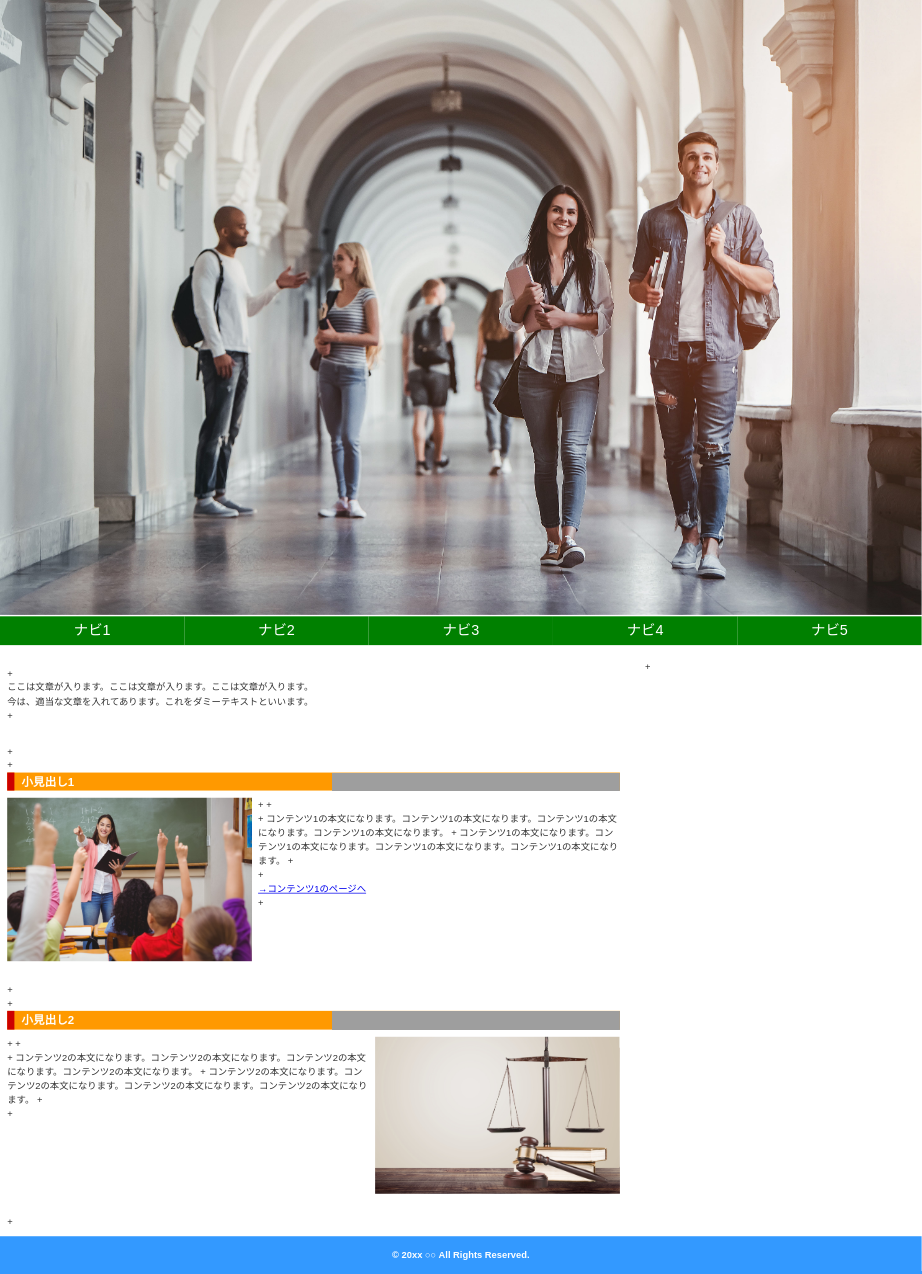
Repository: Burai919/samurai_HTML-CSS
Page: index3.html/home.html
The author's editor kept a record of every edit. The page is drawn from the files as they stood at one moment, then again after the next edit.
The browser window is 1280 px wide. The pictures show the whole page, at 72% of full size.
Pictures or frames that could not be fetched are drawn as grey boxes.

Above is the page before.

After the next edit:
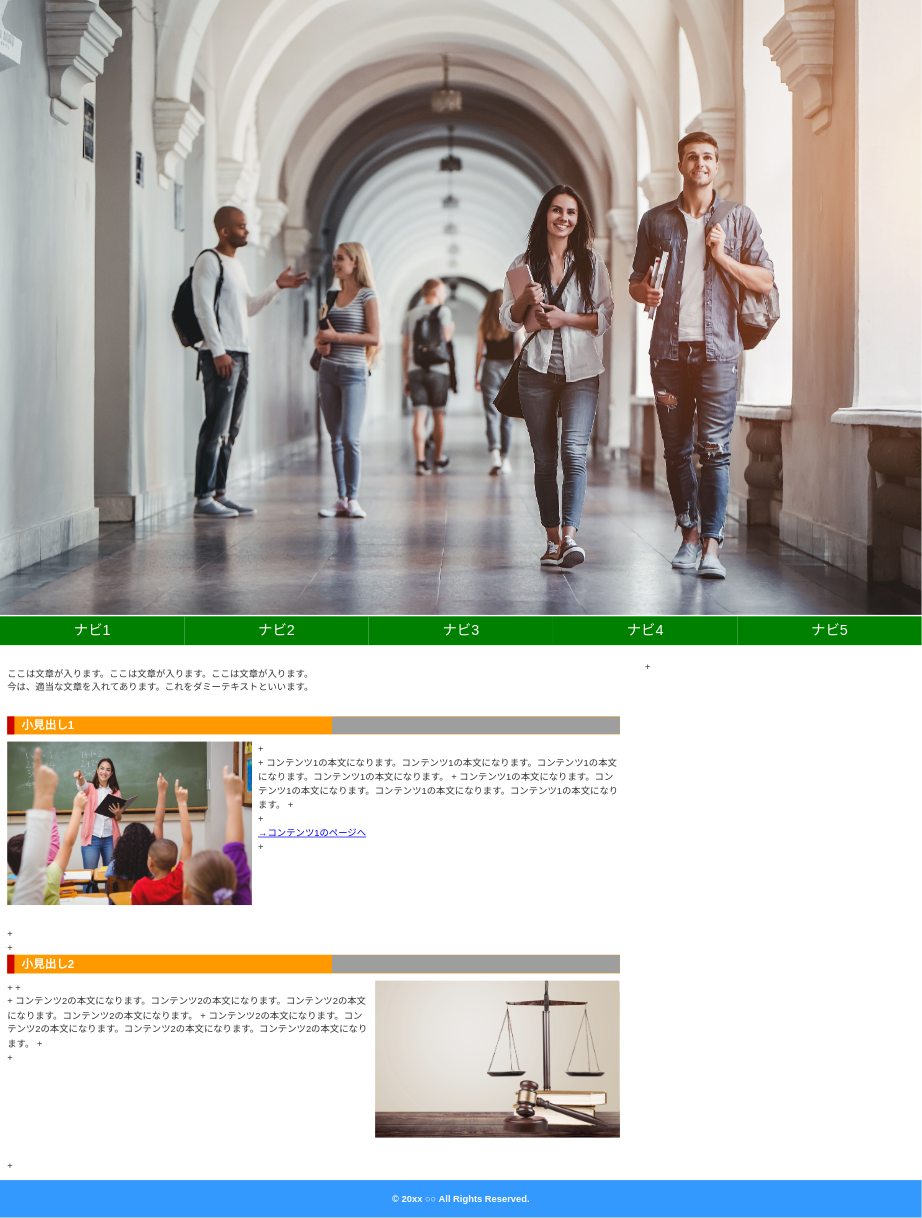
The edit:
--- a/index3.html/home.html
+++ b/index3.html/home.html
@@ -22,11 +22,11 @@
                        <div id="container">
                <div id="main">
                     <div class="post">
-+                        <p>ここは文章が入ります。ここは文章が入ります。ここは文章が入ります。<br />今は、適当な文章を入れてあります。これをダミーテキストといいます。</p>
-+                    </div>
-+                    <div class="post clearfix">
-+                        <h2>小見出し1</h2>
-+                        <img class="left" src="images/classroom.jpg" alt="授業風景" />
+                        <p>ここは文章が入ります。ここは文章が入ります。ここは文章が入ります。<br />今は、適当な文章を入れてあります。これをダミーテキストといいます。</p>
+                    </div>
+                    <div class="post clearfix">
+                        <h2>小見出し1</h2>
+                        <img class="left" src="images/classroom.jpg" alt="授業風景" />
 +                        <p>
 +                            コンテンツ1の本文になります。コンテンツ1の本文になります。コンテンツ1の本文になります。コンテンツ1の本文になります。
 +                            コンテンツ1の本文になります。コンテンツ1の本文になります。コンテンツ1の本文になります。コンテンツ1の本文になります。
